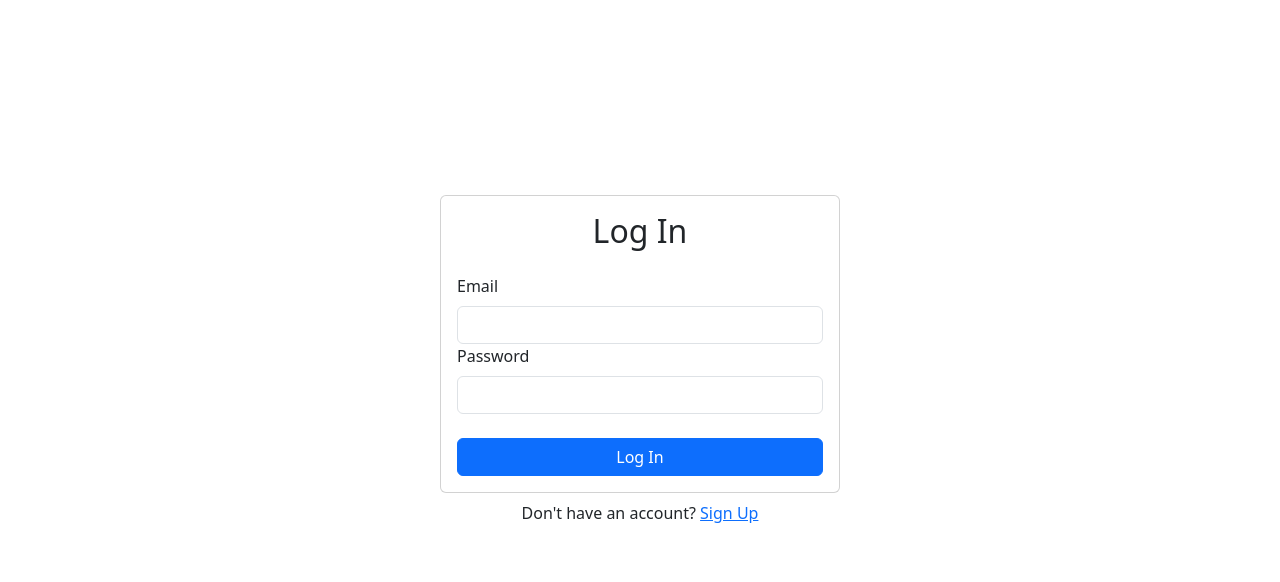
Repository: korybecker/sound-share-app
Page: /login (app in sound-share/)
These files come from the project's save history. The page is drawn as it stood at one moment and after the next save; the edit follows.
The browser window is 1280 px wide. The pictures show the whole page.
The page's requests for data from a server got no answer. The project was rebuilt for these pictures with package versions that can differ from the ones it lists, and the page was loaded fresh each time. No one was signed in, and anything a server would have sent is missing. Also part of the build but not shown: sound-share/src/components/Dashboard.js, sound-share/src/components/Signup.js, sound-share/src/components/PrivateRoute.js, sound-share/src/components/UpdateProfile.js.

Above is the page before, as saved 2022-04-04 23:42:19.

After the next save:
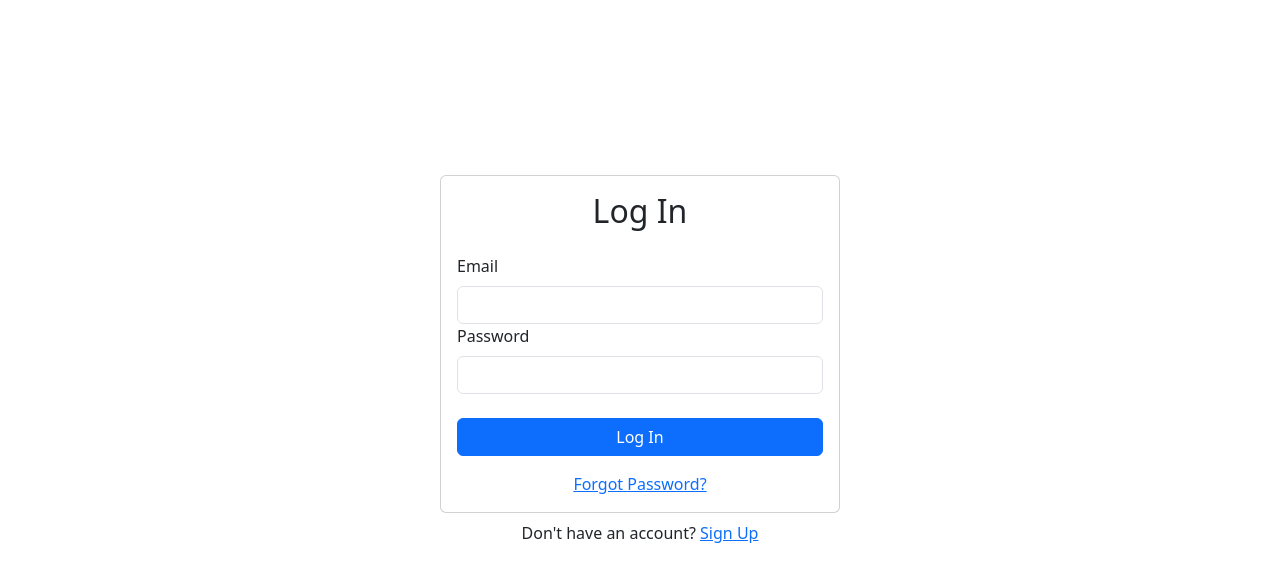
Saved 2 min 59 s later.
--- a/sound-share/src/components/Login.js
+++ b/sound-share/src/components/Login.js
@@ -59,6 +59,9 @@ const Login = () => {
               Log In
             </Button>
           </Form>
+          <div className="w-100 text-center mt-3">
+            <Link to="/forgot-password">Forgot Password?</Link>
+          </div>
         </Card.Body>
       </Card>
       <div className="w-100 text-center mt-2">
